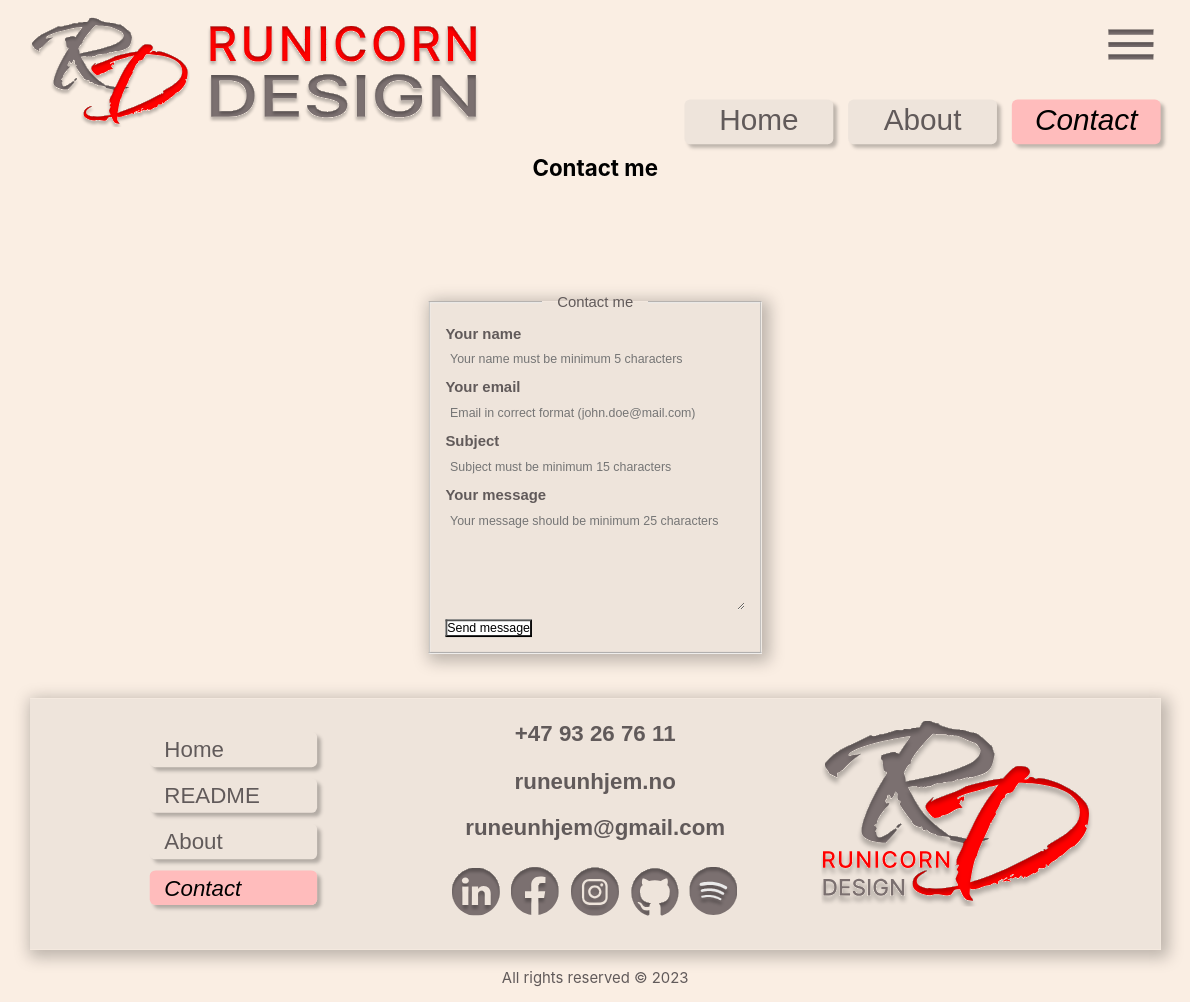
Repository: runeunhjem/portfolio1-ca
Page: contact.html
An editor plug-in stored every save of this project. The page is shown before and after the next save, followed by the edit.
The browser window is 1280 px wide. The pictures show the whole page, at 93% of full size.
Some web fonts or font styles are not loaded; a fallback is used. The style sheet was rebuilt from its Sass, Less or Tailwind sources for each picture, by a compiler version that may differ from the author's.

Above is the page before, as saved 2023-06-08 06:17:43.

After the next save:
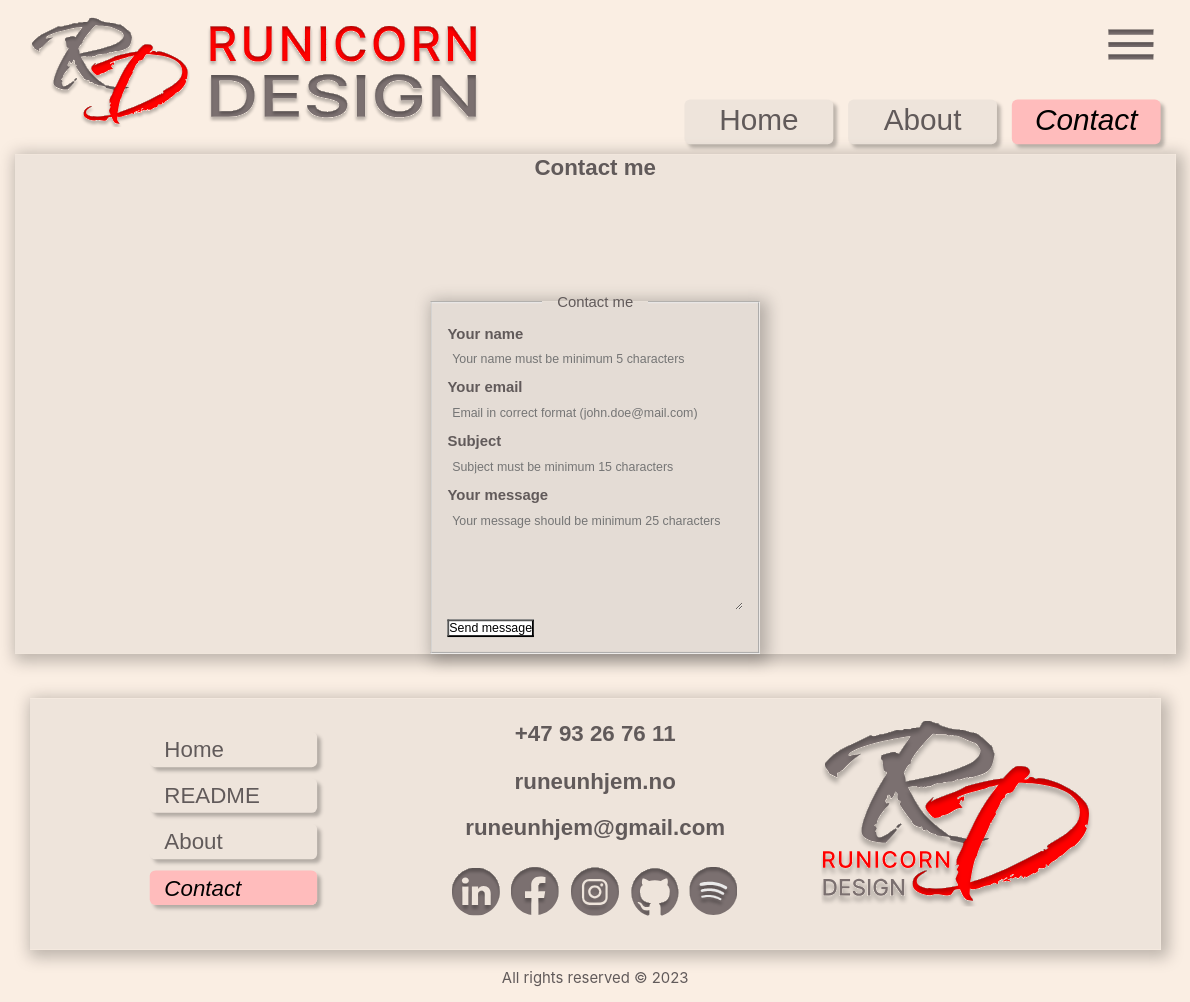
Saved 47 s later.
--- a/contact.html
+++ b/contact.html
@@ -32,7 +32,7 @@
       </nav>
     </div>
   </header>
-  <main class="flex-column">
+  <main class="contact flex-column">
     <section class="contact-section flex">
       <h1 class="flex header">Contact me</h1>
       <!-- [contact-form-7 id="158" title="Chef's Teable Contact Form"] -->
